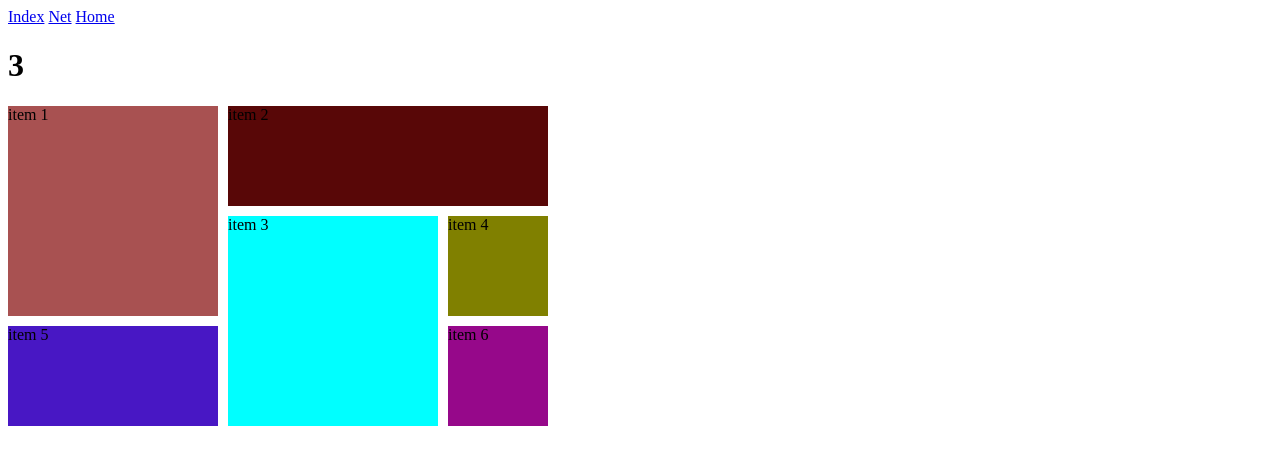
Repository: Nguyen-Toan-2004/du-an-test
Page: product.htm
These files come from the project's save history. The page is drawn as it stood at one moment and after a run of saves; the edit follows.
The browser window is 1280 px wide. The pictures show the whole page.

Above is the page before, as saved 2025-10-22 20:10:07.

### product.htm
<!DOCTYPE html>
<html lang="en">
  <head>
    <meta charset="UTF-8" />
    <meta name="viewport" content="width=device-width, initial-scale=1.0" />
    <title>Product</title>
  </head>
  <body>
    <a href="index.html">Index</a>
    <a href="net.htm">Net</a>
    <a href="home.html">Home</a>
    <h1>3</h1>
    <style>
      .container {
        display: grid;
        grid-template-columns: repeat(5, 100px);
        grid-template-rows: repeat(3, 100px);
        gap: 10px;
      }
      .box {
        display: flex;
        justify-content: center;
        align-items: center;
      }
      .box1 {
        background: #a85151;
        grid-row-start: 1;
        grid-row-end: 3;
        grid-column-start: 1;
        grid-column-end: 3;
      }
      .box2 {
        background: #580707;
        grid-column-start: 3;
        grid-column-end: 6;
      }
      .box3 {
        background: aqua;
        grid-row-start: 2;
        grid-row-end: 4;
        grid-column-start: 3;
        grid-column-end: 5;
      }
      .box4 {
        background: olive;
      }
      .box5 {
        background: #4817c4;
        grid-column-start: 1;
        grid-column-end: 3;
      }
      .box6 {
        background: #96088a;
      }
    </style>
    <div class="container">
      <div class="box1">item 1</div>
      <div class="box2">item 2</div>
      <div class="box3">item 3</div>
      <div class="box4">item 4</div>
      <div class="box5">item 5</div>
      <div class="box6">item 6</div>
    </div>
  </body>
</html>

After the next 3 saves:
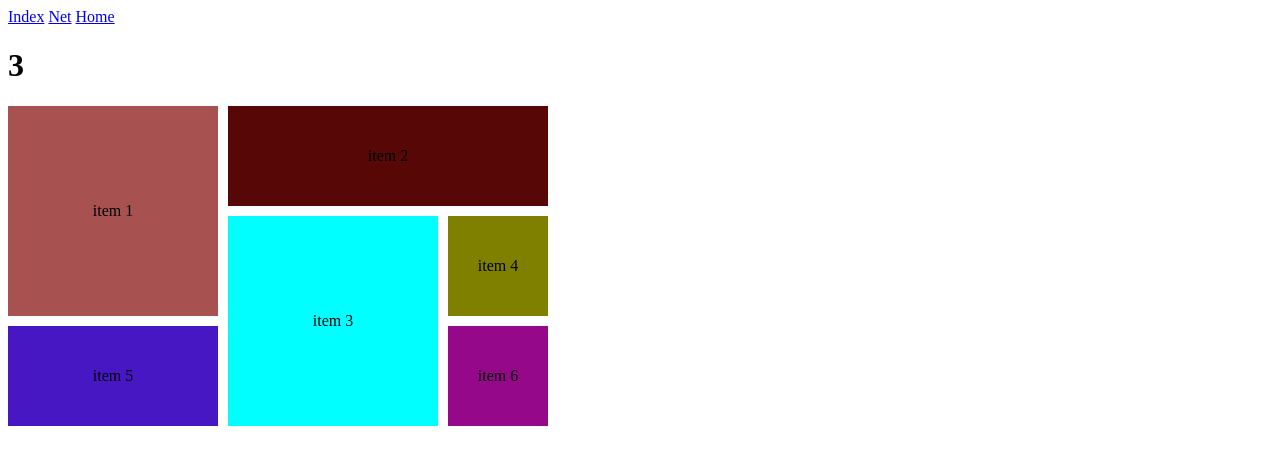
The 3 saves are shown as one change because they came seconds apart.
The last was saved 19 s later.
--- a/product.htm
+++ b/product.htm
@@ -54,12 +54,12 @@
       }
     </style>
     <div class="container">
-      <div class="box1">item 1</div>
-      <div class="box2">item 2</div>
-      <div class="box3">item 3</div>
-      <div class="box4">item 4</div>
-      <div class="box5">item 5</div>
-      <div class="box6">item 6</div>
+      <div class="box box1">item 1</div>
+      <div class="box box2">item 2</div>
+      <div class="box box3">item 3</div>
+      <div class="box box4">item 4</div>
+      <div class="box box5">item 5</div>
+      <div class="box box6">item 6</div>
     </div>
   </body>
 </html>
